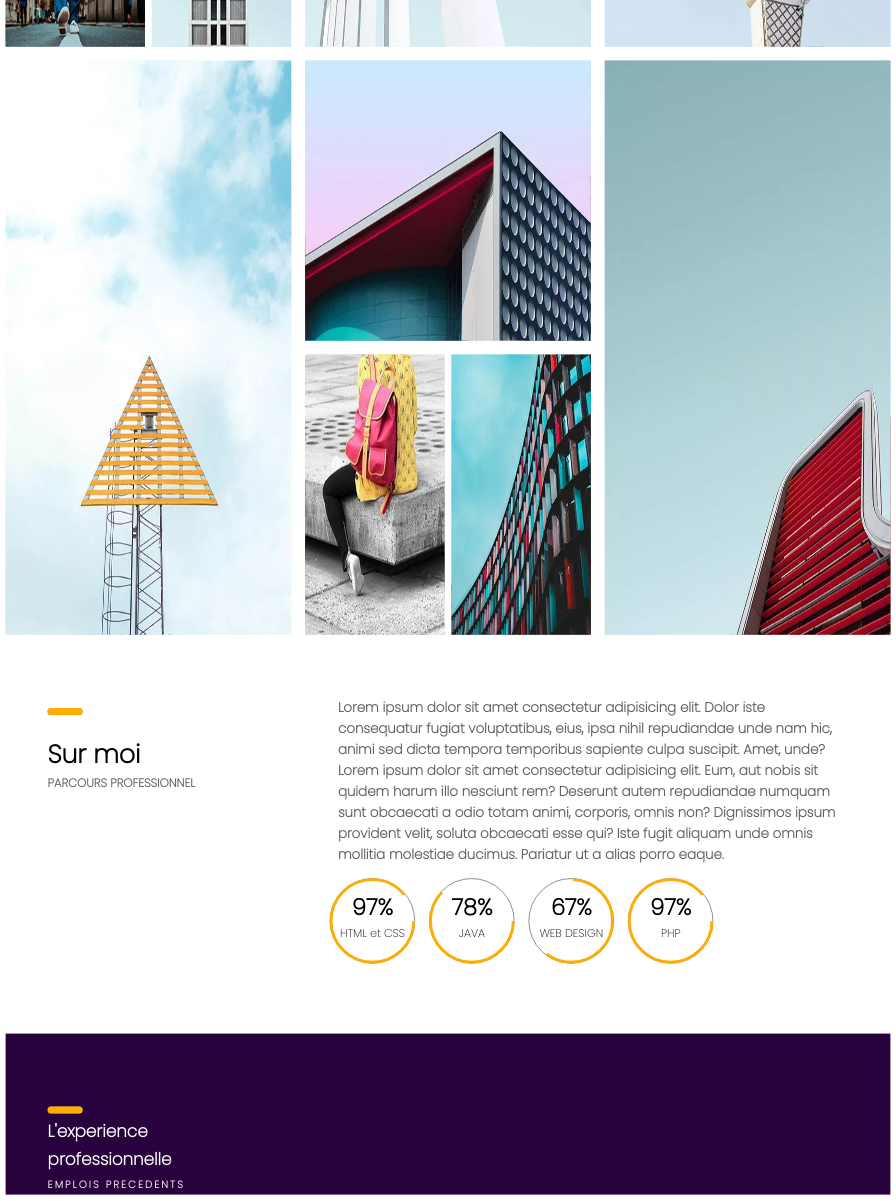
Repository: wadelfadill/CV_PORTFOLIO
Page: index.html
The author's editor kept a copy of each file at every save. The page is drawn from the files as they stood at one save, then again after the next save.
The browser window is 1280 px wide. The pictures show the part of the page from y = 1781 to 3701 px (the page is 3496 px tall before and 3701 px after), at 70% of full size.
Some icons come from a web library that is not loaded, so they are not drawn. Backgrounds fixed to the window are drawn as part of the page.

Above is the page before, as saved 2023-03-16 11:45:40.

### index.html
<!DOCTYPE html>
<html lang="fr">
<head>
    <meta charset="UTF-8">
    <meta http-equiv="X-UA-Compatible" content="IE=edge">
    <meta name="viewport" content="width=device-width, initial-scale=1.0">
    <title>CV - Portfolio</title>
    <link rel="stylesheet" href="style.css">
    <link rel="stylesheet" href="path/to/font-awesome/css/font-awesome.min.css">
    <link href="/fontawesome/css/all.css" rel="stylesheet">
    <link href="/fontawesome/css/fontawesome.css" rel="stylesheet">
    <link href="/fontawesome/css/brands.css" rel="stylesheet">
    <link href="/fontawesome/css/solid.css" rel="stylesheet">
    <link rel="stylesheet" href="/fontawesome/css/regular.css">
    <link rel="preconnect" href="https://fonts.googleapis.com">
    <link rel="stylesheet" href="/fontawesome/css/all.min.css">
    <link rel='stylesheet' href='https://cdn-uicons.flaticon.com/uicons-brands/css/uicons-brands.css'>
    <link rel="stylesheet" href="https://cdn-uicons.flaticon.com/uicons-regular-straight/css/uicons-regular-straight.css">
<link rel="preconnect" href="https://fonts.gstatic.com" crossorigin>
<link href="https://fonts.googleapis.com/css2?family=Manrope&family=Montserrat&family=Poppins:wght@200&family=Roboto&display=swap" rel="stylesheet">
</head>
<body>
    <header>
        <div class="head">
            <div class="address">
                <div class="add-1">
                    <div class="add-icone"><i class="fi fi-rs-marker"></i></div>
                    <div class="add-text">3008, promenade Sarah <br> Franklin, LA 70538</div>
                </div>
                <div class="add-1">
                    <div class="add-icone"><i class="fi fi-rs-phone-call"></i></div>
                    <div class="add-text">337-4139538 <br> MIN - VEN, 8 AM - 19 PM</div>
                </div>
                <div class="add-1">
                    <div class="add-icone"><i class="fi fi-rs-messages"></i></div>
                    <div class="add-text">contact@gmail.com <br>REPONSE EN 24 HEURES</div>
                </div>
            </div>
            <div class="download">
                <a href="#" class="button">Telecharger CV</a>
            </div>
        </div>
        <div class="head_2">
           <div class="presentation">
            <div class="img">
                <img src="images/profile.jpg" alt="profile" class="profil">
                <h2>Michel SMith</h2>
                <h3 >Responsable d'Affaires</h3>
            </div>
            <div class="rest">
                <ul>
                    <li><b>NE :</b> 25 aout 1985</li>
                    <li class="courriel"><b>COURRIEL :</b> mymith@mywebpage.com</li>
                    <li><b>ETAT CIVIL :</b> Marie</li>
                </ul>
            </div>
            <div class="social">
                <ul class="social-reseau">
                    <li><a href=""><i class="fi fi-brands-pinterest"></i></a></li>
                    <li><a href=""><i class="fi fi-brands-linkedin"></i></a></li>
                    <li><a href=""><i class="fi fi-brands-instagram"></i></a></li>
                    <li><a href=""><i class="fi fi-brands-facebook"></i></a></li>
                    <li><a href=""><i class="fi fi-brands-twitter"></i></a></li>
                </ul>
            </div>

           </div>
        </div>
    </header>
    <main>
        <div class="portfolio">
            <div class="head-portfolio">
                <div class="title-portfolio">
                    <progress value="100" max="100" class="progress"></progress>
                    <h2>Portfolio</h2>
                    <h5>MON TRAVAIL</h5>
                </div>
                <div class="album-link" id="grid">
                    <a href="#grid"><b>TOUT</b></a>
                    <a href="#grid" class="web-link"><b>CREATION DE SITES WEB</b></a>
                    <a href="#grid"><b>L'IMAGE DE MARQUE</b></a>
                    <a href="#grid"><b>CONCEPTION GRAPHIQUE</b></a>
                </div>
            </div>
            <div class="grid">
                <div class="elem one web"><a href="images/portfolio_1.jpg"><img src="images/portfolio_1.jpg" alt=""></a></div>
                <div class="elem two"><a href="images/portfolio_2.jpg"> <img src="images/portfolio_2.jpg" alt=""></a></div>
                <div class="elem three web"><a href="images/portfolio_3.jpg"><img src="images/portfolio_3.jpg" alt=""></a></div>
                <div class="elem four">
                    <div class="four-1">
                        <a href="images/portfolio_4_1.jpg"><img src="images/portfolio_4_1.jpg" alt=""></a>
                    </div>
                    <div class="four-2">
                        <a href="images/portfolio_4_2.jpg"><img src="images/portfolio_4_2.jpg" alt=""></a>
                    </div>
                </div>
                <div class="elem five"><a href="images/portfolio_5.jpg"><img src="images/portfolio_5.jpg" alt=""></a></div>
                <div class="elem six"><a href="images/portfolio_6.jpg"><img src="images/portfolio_6.jpg" alt=""></a></div>
                <div class="elem seven web"><a href="images/portfolio_7.jpg"><img src="images/portfolio_7.jpg" alt=""></a></div>
                <div class="elem eight web"><a href="images/portfolio_8.jpg"><img src="images/portfolio_8.jpg" alt=""></a></div>
                <div class="elem nine">
                    <div class="nine-1">
                        <a href="images/portfolio_9_1.jpg"><img src="images/portfolio_9_1.jpg" alt=""></a>
                    </div>
                    <div class="nine-2">
                        <a href="images/portfolio_9_2.jpg"><img src="images/portfolio_9_2.jpg" alt=""></a>
                    </div>
                </div>
            </div>
        </div>
        <div class="parcou-pro">
            <div class="head-parcou-pro">
                <div class="title-parcou-pro">
                    <progress value="100" max="100" class="progress"></progress>
                    <h2>Sur moi</h2>
                    <h5>PARCOURS PROFESSIONNEL</h5>
                </div>
                <div class="parcou-pro-content">
                    <p>
                        Lorem ipsum dolor sit amet consectetur
                        adipisicing elit. Dolor iste consequatur
                        fugiat voluptatibus, eius, ipsa nihil
                        repudiandae unde nam hic, animi sed dicta
                        tempora temporibus sapiente culpa suscipit.
                        Amet, unde?
                        Lorem ipsum dolor sit amet consectetur adipisicing elit.
                        Eum, aut nobis sit quidem harum illo nesciunt rem?
                         Deserunt autem repudiandae numquam sunt obcaecati
                         a odio totam animi, corporis, omnis non?
                        Dignissimos ipsum provident velit, soluta obcaecati esse qui?
                         Iste fugit aliquam unde omnis mollitia molestiae ducimus.
                         Pariatur ut a alias porro eaque.
                    </p>
                </div>
            </div>
            <div class="competence-level">
                <div class="circle circle-1">
                    <svg>
                        <circle cx="95px" cy="86px" r="59px" fill="none"></circle>
                    </svg>
                    <div class="code">
                        <h1>97%</h1>
                        <p>HTML et CSS</p>
                    </div>
                </div>
                <div class="circle circle-2">
                    <svg>
                        <circle cx="95px" cy="86px" r="59px" fill="none"></circle>
                    </svg>
                    <div class="code">
                        <h1>78%</h1>
                        <p>JAVA</p>
                    </div>
                </div>
                <div class="circle circle-3">
                    <svg>
                        <circle cx="95px" cy="86px" r="59px" fill="none"></circle>
                    </svg>
                    <div class="code">
                        <h1>67%</h1>
                        <p>WEB DESIGN</p>
                    </div>
                </div>
                <div class="circle circle-4">
                    <svg>
                        <circle cx="95px" cy="86px" r="59px" fill="none"></circle>
                    </svg>
                    <div class="code">
                        <h1>97%</h1>
                        <p>PHP</p>
                    </div>
                </div>
            </div>
        </div>
        <div class="exp-pro">
            <div class="head-parcou-pro">
                <div class="title-exp-pro">
                    <progress value="100" max="100" class="progress"></progress>
                    <h2>L'experience <br> professionnelle</h2>
                    <h5>EMPLOIS PRECEDENTS</h5>
                </div>
                <div class="exp-pro-content">

                </div>
            </div>
        </div>
    </main>
    <footer>
    </footer>
</body>
</html>

### style.css
body{

    font-family: 'Poppins';
}
header{
    color: white;
    margin: 0;
    width: 100%;
    height: 530px;
    padding-top: 20px;
    background-image: linear-gradient(rgba(0, 0, 0, 0.4),
    rgba(0, 0, 0, 0.4)), url("images/background.jpg");
    background-size: cover;
    opacity: 1;
    background-attachment: fixed;
    z-index: 0;
    display: flex;
    justify-content: space-between;
    flex-direction: column;
    gap: 100px;
    margin-bottom: 250px;
}
.address{
    background-color: #FFAD01;
    padding: 20px;
    display: flex;
    justify-content: space-between;
    border-radius: 5px;
    z-index: 100;


}
.add-1{
    display: flex;
    justify-content: space-between;
    align-items: center;
    gap: 10px;
}
.head{
    display: flex;
    flex-direction: column;
    justify-content: space-between;
    gap: 40px;
    padding-left: 10%;
    padding-right: 10%;


}
.download{
   align-self: flex-end;
   margin: 0;
   height: 100px;
}
.download a{
    margin: 0;
    padding-top: 10px;
    padding-bottom: 10px;
    padding-right: 20px;
    padding-left: 20px;
    background-color: #FFAD01;
    align-self: flex-end;
    color: white;
    text-decoration: none;
    border-radius: 5px;

}
.download:hover {
    transform: translate(0, -5px);
    transition: 0.3s;
}

.profil{
    border-radius: 100%;
    position: relative;
    top: -80px;
    width: 200px;
    height: 200px;
    margin: -50px;
}
.add-icone i{
    font-size: 25px;
    font-weight: 500;
    font-style: normal;
}

.presentation{

    margin: auto;
    width: 50%;
    background-color: white;
    display: flex;
    flex-direction: column;
    align-items: center;
    color: black;
    margin-bottom: 100px;

}
.social-reseau a{
    display: inline-block;
    color: white;
    text-decoration: none;
    background-color: #887392;
    width: 35px;
    height: 35px;
    border-radius: 20px;
    line-height: 35px;

}
.social-reseau a i{
    display: inline-block;
    width: 14px;
    height: 23px;
    margin: auto;
    margin-left: 10px;
    margin-top: 2px;
}
.social{
    margin: 0;
    padding: 0;
}
.social-reseau{
    margin-left: 0;
    padding: 0;
    display: flex;
    justify-content: flex-start;
    gap: 20px;
    align-items: flex-start;

}
li{
    list-style: none;
}
.img{
    line-height: 30px;
    display: flex;
    flex-direction: column;
    justify-content: flex-start;
    align-items: center;
}
.img h2{
    word-spacing: 10px;
    letter-spacing: 5px;
    font-weight: 1500;
    margin: 0;
}
.img h3{
    margin: 0;
    color: #FFAD01;
}
.courriel{
    position: relative;
    left: -50px;

}
.social-reseau a:hover{
    background-color: #FFAD01;
    transition: .2s;
    transform: scale(1.1);
}
.title-portfolio h2, .title-portfolio h5, .title-parcou-pro h2, .title-parcou-pro h5{
    margin: 0;
    padding: 0;

}
.title-portfolio h2, .title-parcou-pro h2{
    padding-top: 30px;
}
.title-portfolio, .title-parcou-pro{
    font-size: 1.5em;
    line-height: 40px;

}
.title-portfolio h5, .title-parcou-pro h5{
    color:#0000009e;
    font-size: 0.7em;
}
.album-link{
    padding-top: 50px;
}
.album-link a{
    color: black;
    text-decoration: none;
    margin: 10px;
    font-size: 1.2em;
    font-weight: 900;
}
.album-link a:link{
    color: black;
}
/* .album-link a:visited{
    color: #FFAD01;
} */
.album-link a:active{
    color: #FFAD01;
}
.head-portfolio{
    display: flex;
    flex-direction: row;
    justify-content: flex-start;
    align-items: last baseline;
    gap: 20%;
    margin-left: 60px;
}
.progress{
    width: 50px;
    appearance: none;
    height: 10px;
}
.progress::-webkit-progress-value{
    border-radius: 10px;
    background-color: #FFAD01;
}
.progress::-webkit-progress-bar{
    border-radius: 10px;
}
.album-link a:hover{
    color: #FFAD01;
}
.grid{
    margin-top: 70px;
    display: grid;
    grid-template-columns: 1fr 1fr 1fr;
    grid-template-rows: 400px 400px 400px 400px;
    column-gap: 20px;
    row-gap: 20px;
}
.two{
    grid-row: 1/3;
    background: url("images/portfolio_2.jpg");
    background-size: cover;
    background-position: center;
    grid-column-start: 2;
}
.one{
    background: url("images/portfolio_1.jpg");
    background-size: cover;
    background-position: center;
}
.elem a img, .four-1 a img, .four-2 a img, .nine-1 a img, .nine-2 a img{
    width: 100%;
    height: 100%;
}
.elem a:active{
    transition: 0.3s;
}
.elem a:active img{
    background-color: rgba(0, 0, 0, 0.45);
}
.three{
    background: url("images/portfolio_3.jpg");
    background-size: cover;
    background-position: center;
}
.four{
    display: flex;
    justify-content: space-between;
    gap: 10px;
}
.four-1{
    width: 90%;
    height: 400px;
    background: url("images/portfolio_4_1.jpg");
    background-size: cover;
    background-position: center;
}
.four-2{
    width: 90%;
    height: 400px;
    background: url("images/portfolio_4_2.jpg");
    background-size: cover;
    background-position: center;
}
.five{
    background: url("images/portfolio_5.jpg");
    background-size: cover;
    background-position: center;
}
.six{
    grid-row: 3/5;
    grid-column-start: 1;
    background: url("images/portfolio_6.jpg");
    background-size: cover;
    background-position: center;
}
.seven{
    background: url("images/portfolio_7.jpg");
    background-size: cover;
    background-position: center;
}
.eight{
    grid-row: 3/5;
    grid-column-start: 3;
    background: url("images/portfolio_8.jpg");
    background-size: cover;
    background-position: center;
}
.nine{
    display: flex;
    justify-content: space-between;
    gap: 10px;

}
.nine-1{
    width: 90%;
    height: 400px;
    background: url("images/portfolio_9_1.jpg");
    background-size: cover;
    background-position: center;
}
.nine-2{
    width: 90%;
    height: 400px;
    background: url("images/portfolio_9_2.jpg");
    background-size: cover;
    background-position: center;
}
.head-parcou-pro{
    display: flex;
    flex-direction: row;
    justify-content: flex-start;
    align-items: first baseline;
    gap: 15%;
    margin-left: 60px;
    margin-right: 60px;
}
.title-parcou-pro{
    width: 30%;
}
.parcou-pro-content{
    width: 90%;
    font-size: 1.2em;
    font-weight: 700;
    line-break: auto;
    line-height: 30px;
    text-align: left;
    color: #0000009e;

}
.parcou-pro{
    margin-top: 70px;
    margin-bottom: 100px;
}
.progress-competence{
    appearance: none;
    height: 13px;

}
.circle{
    width: 120px;
    height: 120px;
    border-radius: 100px;
    border: 1px solid #0000009e;
    margin: 0;
    padding: 0;
}
/*
.circle::after{
    position: absolute;
    content: '';
    top: -4px;
    left: -4px;
    right: -4px;
    bottom: -4px;
    width: 200px;
    height: 200px;
    border-radius: 50%;
    border: 4px solid #FFAD01;
    margin: 0;
    padding: 0;


} */

.competence-level{
    width: 80%;
    display: flex;
    flex-direction: row;
    justify-content: flex-end;
    gap: 20px;
    margin-right: 100px;
}
.circle-1 svg circle{
    display: block;
    margin: auto;
    stroke: #FFAD01;
    stroke-dasharray: 350;
    stroke-dashoffset: 350;
    stroke-width: 4px;
    bottom: 20px;
    right: 20px;
    animation: circle 2s forwards;
}
.circle-2 svg circle{
    display: block;
    margin: auto;
    stroke: #FFAD01;
    stroke-dasharray: 250;
    stroke-dashoffset: 190;
    stroke-width: 4px;
    bottom: 20px;
    right: 20px;
    animation: circle 2s forwards;
}
.circle-3 svg circle{
    display: block;
    margin: auto;
    stroke: #FFAD01;
    stroke-dasharray: 150;
    stroke-dashoffset: 1;
    stroke-width: 4px;
    bottom: 20px;
    right: 20px;
    animation: circle 2s forwards;
}
.circle-4 svg circle{
    display: block;
    margin: auto;
    stroke: #FFAD01;
    stroke-dasharray: 350;
    stroke-dashoffset: 1;
    stroke-width: 4px;
    bottom: 20px;
    right: 20px;
    animation: circle 2s forwards;
}
svg{
    transform: translate(-35px, -26px);

}
@keyframes circle{
    to{
        stroke-dashoffset: 20;
    }
}
.code{
    position: relative;
    bottom: 140px;

    text-align: center;

}
.code h1{
    padding: 0;
    margin: 0;
}
.code p{
    padding: 0;
    margin: 0;
}
.exp-pro{
    background-color: #28023D;
    padding-top: 90px;
    color: white;
}
.head-exp-pro{
    display: flex;
    flex-direction: row;
    justify-content: flex-start;
    align-items: first baseline;
    gap: 15%;
    margin-left: 60px;
    margin-right: 60px;
}
.title-exp-pro h2{
    font-size: 1.5em;
    line-height: 40px;
    padding: 0;
    margin: 0;
}
.title-exp-pro h5{
    color:whitesmoke;
    font-size: 0.9em;
    padding: 0;
    margin: 0;
    letter-spacing: 3px;
}
.title-exp-pro{
    line-height: 30px;
}
.-exp-pro-content{

}

Loaded but not shown: fontawesome/css/all.css (library); fontawesome/css/fontawesome.css (library); fontawesome/css/solid.css (common file); fontawesome/css/regular.css (common file); fontawesome/css/all.min.css (library); fontawesome/css/brands.css (1522 lines, source omitted)

After the next save:
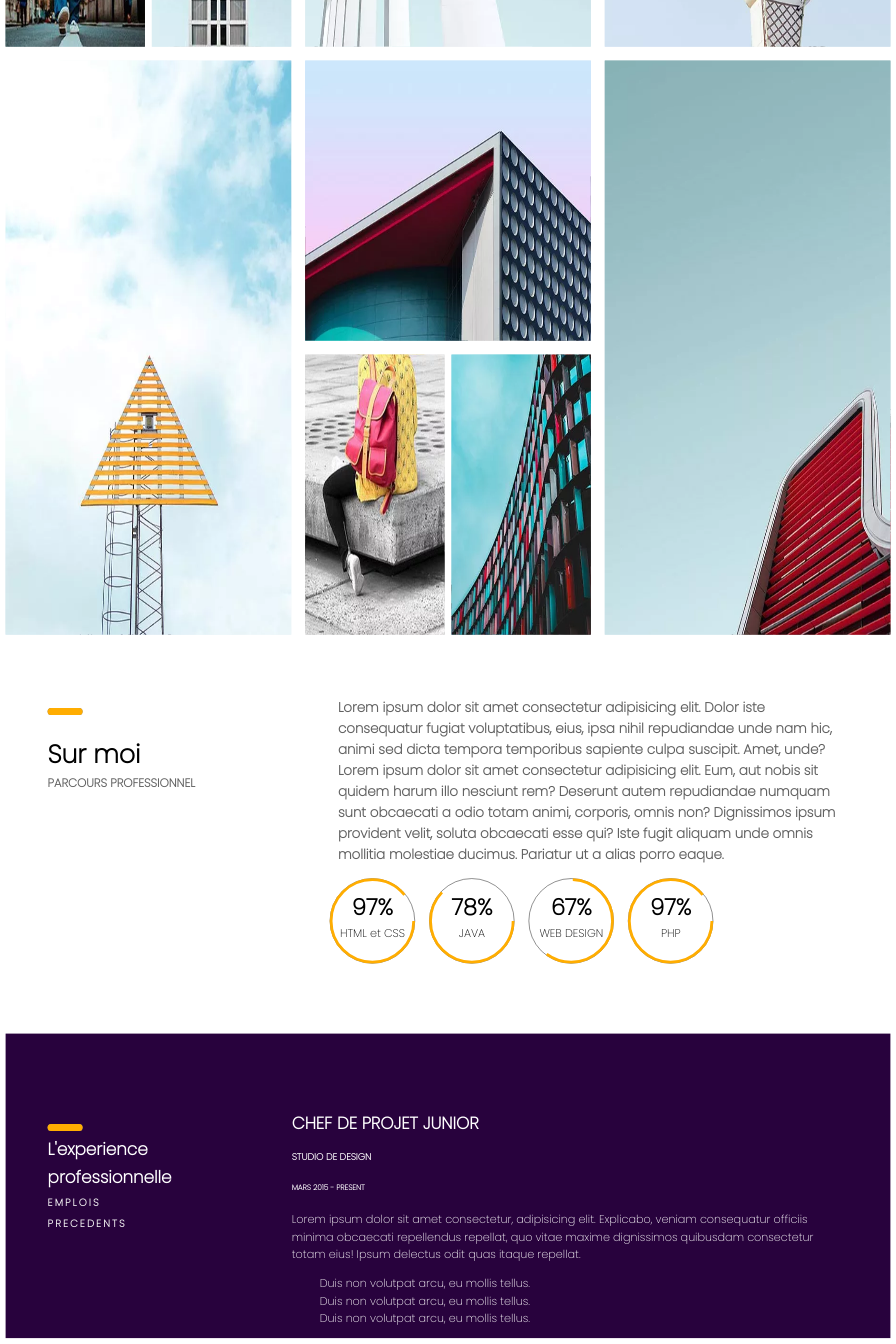
Saved 5 min 52 s later.
--- a/index.html
+++ b/index.html
@@ -180,7 +180,24 @@
                     <h5>EMPLOIS PRECEDENTS</h5>
                 </div>
                 <div class="exp-pro-content">
+                    <div class="exp-1">
+                        <h2>CHEF DE PROJET JUNIOR</h2>
+                        <h5>STUDIO DE DESIGN</h5>
+                        <h6>MARS 2015 - PRESENT</h6>
+                        <P>Lorem ipsum dolor sit amet consectetur, adipisicing elit.
+                             Explicabo, veniam consequatur officiis minima obcaecati
+                             repellendus repellat, quo vitae maxime dignissimos quibusdam
+                              consectetur totam eius! Ipsum delectus odit quas itaque repellat.
+                        </P>
+                        <ul>
+                            <li>Duis non volutpat arcu, eu mollis tellus.</li>
+                            <li>Duis non volutpat arcu, eu mollis tellus.</li>
+                            <li>Duis non volutpat arcu, eu mollis tellus.</li>
+                        </ul>
+                    </div>
+                    <div>
 
+                    </div>
                 </div>
             </div>
         </div>
